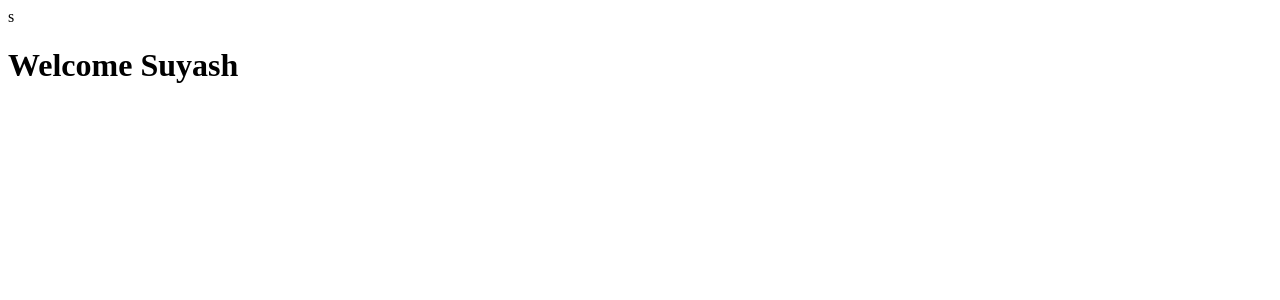
Repository: SuyashAwasthy/Javaee
Page: http://localhost/06-jsp-jstl-tag-demo/jstl-tag-demo.jsp
An editor plug-in stored every save of this project. The page is shown before and after the next save, followed by the edit.
The browser window is 1280 px wide. The pictures show the whole page.
The page is served by Tomcat 9.

Above is the page before, as saved 2024-07-15 09:49:05.

After the next save:
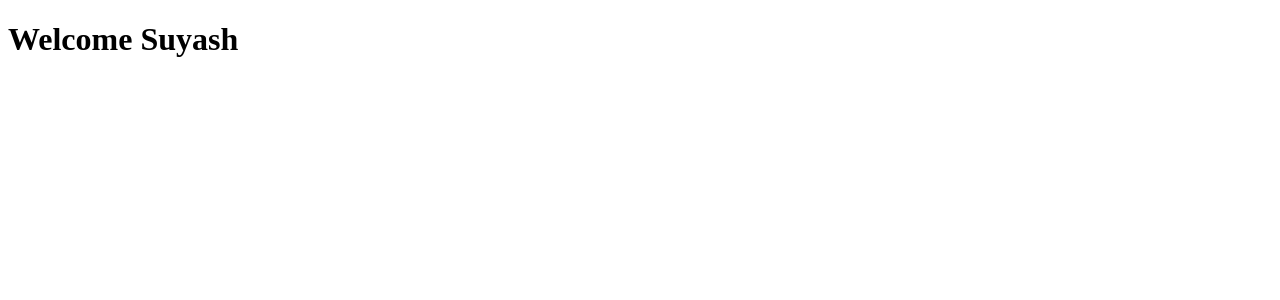
Saved 44 s later.
--- a/06-jsp-jstl-tag-demo/WebContent/jstl-tag-demo.jsp
+++ b/06-jsp-jstl-tag-demo/WebContent/jstl-tag-demo.jsp
@@ -5,7 +5,7 @@
 <!DOCTYPE html>
 <html>
 <head>
-<meta charset="ISO-8859-1">s
+<meta charset="ISO-8859-1">
 <title>Insert title here</title>
 </head>
 <body>
